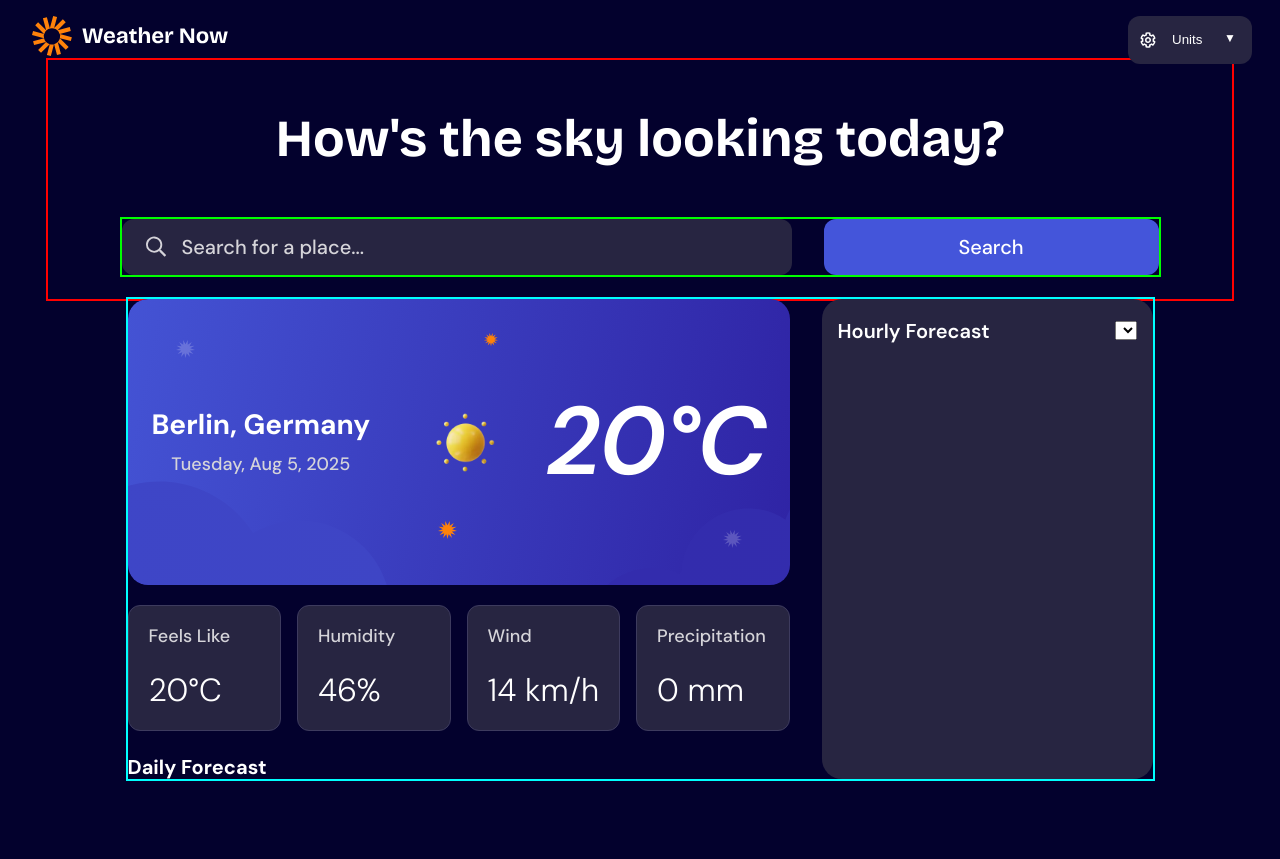
Repository: MKwaak/weather-app-main
Page: index.html
The author's editor kept a copy of each file at every save. The page is drawn from the files as they stood at one save, then again after the next save.
The browser window is 1280 px wide. The pictures show the whole page.
The page's requests for data from a server got no answer.

Above is the page before, as saved 2026-01-27 01:10:17.

### index.html
<!doctype html>
<html lang="en">
  <head>
    <meta charset="UTF-8" />
    <meta name="viewport" content="width=device-width, initial-scale=1.0" />
    <!-- displays site properly based on user's device -->

    <link
      rel="icon"
      type="image/png"
      sizes="32x32"
      href="/assets/images/favicon-32x32.png"
    />

    <title>Frontend Mentor | Weather app</title>
    <link rel="stylesheet" href="/style.css" />
    <script src="/script.js" defer></script>

    <!-- Feel free to remove these styles or customise in your own stylesheet 👍 -->
    <style>
      .attribution {
        font-size: 11px;
        text-align: center;
      }
      .attribution a {
        color: hsl(228, 45%, 44%);
      }
    </style>
  </head>
  <body>
    <a href="#main" class="skip-link visually-hidden">skip to main content</a>

    <header class="header wrapper">
      <div class="header__content">
        <a class="header__homelink" href="/">
          <img
            class="header__logo"
            src="/assets/images/logo.svg"
            alt="Weather Now Home"
            width="197"
            height="40"
          />
        </a>

        <div class="header__units">
          <label for="ddlUnits" class="visually-hidden"
            >Temperature units</label
          >

          <div class="header__select">
            <select class="header__dropdown" name="units" id="ddlUnits">
              <option value="">Units</option>
              <option value="C">Celsius</option>
              <option value="F">Fahrenheit</option>
            </select>
          </div>
        </div>
      </div>
    </header>

    <main id="main" class="main wrapper">
      <section class="hero">
        <div class="hero__content">
          <h1 class="hero__title">How's the sky looking today?</h1>

          <form class="hero__search">
            <label for="search" class="visually-hidden">Search Location</label>
            <input
              type="text"
              id="search"
              class="hero__textbox"
              placeholder="Search for a place..."
            />
            <button class="hero__button" type="submit">Search</button>
          </form>
        </div>
      </section>

      <div class="dashboard">
        <section class="current">
          <h2 class="visually-hidden">Current Location Temperature</h2>

          <div class="current__content">
            <div class="current__weather">
              <div class="current__location">
                <div id="divCityCountry" class="current__city">
                  Berlin, Germany
                </div>
                <div id="divCurrentDate" class="current__date">
                  Tuesday, Aug 5, 2025
                </div>
              </div>

              <div class="current__info">
                <img
                  class="current__icon"
                  src="/assets/images/icon-sunny.webp"
                  alt=""
                  width="320"
                  height="320"
                />
                <div id="divCurrentTemp" class="current__temp">
                  <span>20</span>°C
                </div>
              </div>
            </div>

            <div class="current__conditions">
              <div class="block current__condition">
                <p class="current__condition-title">Feels Like</p>
                <p id="feels-like" class="current__condition-value">20°C</p>
              </div>

              <div class="block current__condition">
                <p class="current__condition-title">Humidity</p>
                <p id="humidity" class="current__condition-value">46%</p>
              </div>

              <div class="block current__condition">
                <p class="current__condition-title">Wind</p>
                <p id="wind" class="current__condition-value">14 km/h</p>
              </div>

              <div class="block current__condition">
                <p class="current__condition-title">Precipitation</p>
                <p id="precipitation" class="current__condition-value">0 mm</p>
              </div>
            </div>
          </div>
        </section>

        <section class="daily">
          <h2 class="section__title daily__title">Daily Forecast</h2>
          <div class="daily__forecast" id="dailyForecast"></div>
        </section>

        <section class="hourly">
          <div class="hourly__content">
            <div class="hourly__header">
              <h2 class="section__title hourly__title">Hourly Forecast</h2>
              <label for="hourlyDay" class="visually-hidden">Select day</label>
              <select
                name="hourly-day"
                id="hourlyDay"
                class="hourly__timeframe-select"
              >
                <!-- JS will inject current day -->
              </select>
            </div>

            <div class="hourly__hours" id="hourlyForecast">
              <!-- JS will inject hourly blocks here -->
            </div>
          </div>
        </section>
      </div>
    </main>
  </body>
</html>

### style.css
@layer global {
  /* dm-sans-300 - latin */
  @font-face {
    font-display: swap; /* Check https://developer.mozilla.org/en-US/docs/Web/CSS/@font-face/font-display for other options. */
    font-family: "DM Sans";
    font-style: normal;
    font-weight: 300;
    src: url("/assets/fonts/dm-sans-v17-latin-300.woff2") format("woff2"); /* Fixed path */
  }
  /* dm-sans-500 - latin */
  @font-face {
    font-display: swap; /* Check https://developer.mozilla.org/en-US/docs/Web/CSS/@font-face/font-display for other options. */
    font-family: "DM Sans";
    font-style: normal;
    font-weight: 500;
    src: url("/assets/fonts/dm-sans-v17-latin-500.woff2") format("woff2"); /* Fixed path */
  }
  /* dm-sans-600 - latin */
  @font-face {
    font-display: swap; /* Check https://developer.mozilla.org/en-US/docs/Web/CSS/@font-face/font-display for other options. */
    font-family: "DM Sans";
    font-style: normal;
    font-weight: 600;
    src: url("/assets/fonts/dm-sans-v17-latin-600.woff2") format("woff2"); /* Fixed path */
  }
  /* dm-sans-600italic - latin */
  @font-face {
    font-display: swap; /* Check https://developer.mozilla.org/en-US/docs/Web/CSS/@font-face/font-display for other options. */
    font-family: "DM Sans";
    font-style: italic;
    font-weight: 600;
    src: url("/assets/fonts/dm-sans-v17-latin-600italic.woff2") format("woff2"); /* Fixed path */
  }
  /* dm-sans-700 - latin */
  @font-face {
    font-display: swap; /* Check https://developer.mozilla.org/en-US/docs/Web/CSS/@font-face/font-display for other options. */
    font-family: "DM Sans";
    font-style: normal;
    font-weight: 700;
    src: url("/assets/fonts/dm-sans-v17-latin-700.woff2") format("woff2"); /* Fixed path */
  }

  /* bricolage-grotesque-regular - latin */
  @font-face {
    font-display: swap; /* Check https://developer.mozilla.org/en-US/docs/Web/CSS/@font-face/font-display for other options. */
    font-family: "Bricolage Grotesque";
    font-style: normal;
    font-weight: 400;
    src: url("/assets/fonts/bricolage-grotesque-v9-latin-regular.woff2")
      format("woff2"); /* Fixed path */
  }
  /* bricolage-grotesque-700 - latin */
  @font-face {
    font-display: swap; /* Check https://developer.mozilla.org/en-US/docs/Web/CSS/@font-face/font-display for other options. */
    font-family: "Bricolage Grotesque";
    font-style: normal;
    font-weight: 700;
    src: url("/assets/fonts/bricolage-grotesque-v9-latin-700.woff2")
      format("woff2"); /* Fixed path */
  }

  :root {
    --c-neutral-900: hsl(243, 96%, 9%);
    --c-neutral-800: hsl(243, 27%, 20%);
    --c-neutral-700: hsl(243, 23%, 24%);
    --c-neutral-600: hsl(243, 23%, 30%);
    --c-neutral-300: hsl(240, 6%, 70%);
    --c-neutral-200: hsl(250, 6%, 84%);
    --c-neutral-0: hsl(0, 0%, 100%);
    --c-orange-500: hsl(28, 100%, 52%);
    --c-blue-500: hsl(233, 67%, 56%);
    --c-blue-700: hsl(248, 70%, 36%);

    --color-main-bg: var(--c-neutral-900);
    --color-panel-bg-dark: var(--c-neutral-800);
    --color-panel-bg-dark-hover: var(--c-neutral-700);
    --color-panel-bg-medium: var(--c-neutral-700);
    --color-panel-bg-light: var(--c-neutral-600);
    --color-panel-border: var(--c-neutral-600);
    --color-text-light: var(--c-neutral-0);
    --color-text-med-light: var(--c-neutral-200);
    --color-button-bg: var(--c-blue-500);
    --color-button-bg-hover: var(--c-blue-700);

    --fs-96: calc(96 / 16 * 1rem);
    --fs-52: calc(52 / 16 * 1rem);
    --fs-32: calc(32 / 16 * 1rem);
    --fs-28: calc(28 / 16 * 1rem);
    --fs-20: calc(20 / 16 * 1rem);
    --fs-18: calc(18 / 16 * 1rem);
    --fs-16: calc(16 / 16 * 1rem);
    --fs-14: calc(14 / 16 * 1rem);

    --font-size-h1: var(--fs-52);
    --font-size-dropdown: var(--fs-14);
    --font-size-search: var(--fs-20);
    --font-size-city: var(--fs-28);
    --font-size-date: var(--fs-18);
    --font-size-temp: var(--fs-96);
    --font-size-panel-title: var(--fs-18);
    --font-size-panel-value: var(--fs-32);
    --font-size-forecast-title: var(--fs-20);
    --font-size-forecast-day: var(--fs-18);
    --font-size-forecast-temp: var(--fs-16);
    --font-size-forecast-dropdown: var(--fs-16);
    --font-size-forecast-hour: var(--fs-20);

    @media (width >= calc(700 / 16 * 1rem)) {
      --font-size-dropdown: var(--fs-16);
    }

    --color-white: hsl(0, 0%, 100%);
    --color-light-blue: hsl(223, 64%, 98%);
    --color-light-grayish-blue: hsl(223, 23%, 93%);
    --color-dark-grayish-blue: hsl(219, 14%, 63%);
    --color-very-dark-blue: hsl(218, 23%, 16%);
    --font-family-primary: "DM Sans", sans-serif; /* Removed duplicate */
    --font-family-secondary:
      "Bricolage Grotesque", sans-serif; /* Removed duplicate */
  }

  *,
  *::before,
  *::after {
    box-sizing: border-box;
  }
  * {
    margin: 0;
  }

  img {
    max-width: 100%;
  }

  body {
    font-family: "DM Sans", Arial, Helvetica, sans-serif;
    font-weight: 500;
    background-color: var(--color-main-bg);
    color: var(--color-text-light);
    line-height: 1.2;
    padding-block-end: 80px;
  }

  h1 {
    font-family: "Bricolage Grotesque", Arial, Helvetica, sans-serif;
  }

  input,
  button,
  textarea {
    font: inherit;
    width: 100%;
    border: none;
  }

  .wrapper {
    display: grid;
    grid-template-columns: 1fr calc(100% - 32px) 1fr;

    @media (width >= calc(700 / 16 * 1rem)) {
      grid-template-columns:
        1fr min(calc(100% - 48px), calc(1216 / 16 * 1rem))
        1fr; /* Fixed placeholder */
    }

    > * {
      grid-column: 2;
    }
  } /* Added missing closing brace for @layer global */

  .visually-hidden {
    position: absolute;
    left: -10000px;
    top: auto;
    width: 1px;
    height: 1px;
    overflow: hidden;
  }

  .main {
    width: 100%;
    max-width: 1280px; /* pick a number and stick to it */
    margin-inline: auto;
    padding-inline: 24px;
  }

  .dashboard {
    display: grid;
    gap: 32px;
    grid-template-areas:
      "current"
      "daily"
      "hourly";
    @media (width >= calc(1000 / 16 * 1rem )) {
      gap: 48px 32px;
      grid-template-columns: 2fr 1fr;
      grid-template-areas:
        "current current hourly"
        "daily daily hourly";
    }
  }

  .block {
    background-color: var(--color-panel-bg-dark);
    border: 1px solid var(--color-panel-border);
    border-radius: 12px;
  }

  .visually-hidden {
    position: absolute !important;
    width: 1px;
    height: 1px;
    padding: 0;
    margin: -1px;
    overflow: hidden;
    clip: rect(0, 0, 0, 0);
    clip-path: inset(50%);
    white-space: nowrap;
    border: 0;
  }

  .skip-link:focus {
    position: absolute;
    left: 16px;
    right: 16px;
    width: auto;
    height: auto;
    margin: 0;
    clip-path: none;
    white-space: normal;
    background-color: var(--color-main-bg);
    color: var(--color-text-light);
    padding: 10px 14px;
    z-index: 1000;
  }
}

@layer component {
  .header {
    .header__content {
      display: flex;
      align-items: center;
      justify-content: space-between;
      padding-block-start: 16px;
    }

    .header__homelink {
    }
    .header__logo {
      width: calc(137 / 16 * 1rem);

      @media screen and (width >= calc(700 / 16 * 1rem)) {
        width: calc(197 / 16 * 1rem);
      }
    }

    .header__select {
      position: relative;
      width: 120px;
      height: 44px;
      overflow: visible; /* important for debugging */
    }

    .header__select::after {
      content: "▼";
      position: absolute;
      right: 12px;
      top: 50%;
      transform: translateY(-50%);
      font-size: 12px;
      color: white;
      pointer-events: none;
    }

    .header__dropdown {
      /*background-image: url("/assets/images/icon-units.svg"); This line is in HTML */
      appearance: none;
      -webkit-appearance: none;
      -moz-appearance: none;

      height: 48px;
      padding: 0 1rem 0 2.75rem;
      line-height: 48px;

      background-color: var(--color-panel-bg-dark);
      background-image: url("/assets/images/icon-units.svg");
      background-repeat: no-repeat;
      background-position: 0.75rem center;
      background-size: 16px;

      color: var(--color-text-light);
      border: none;
      border-radius: 12px;
      cursor: pointer;
    }
  }

  .hero {
    .hero__content {
      display: grid;
      justify-items: stretch; /* Dwingt kinderen om breedte te pakken */
      padding-block-start: 48px;
      width: 100%;
    }

    .hero__title {
      font-size: var(--font-size-h1);
      margin-block-end: 48px;
      text-align: center;
      line-height: 1.2;

      @media (width < calc(1000 / 16 * 1rem)) {
        max-width: 15ch;
      }
    }

    /* Hero search container */
    .hero__search {
      display: grid;
      grid-template-columns: 1fr;
      gap: 16px;

      /* MATCH DE DASHBOARD-LOGICA: */
      width: 100%;
      max-width: 1037px; /* Zorg dat dit exact gelijk is aan de max-width van je dashboard */
      margin-inline: auto; /* Dit centreert de balk, net zoals bij het dashboard */
      margin-block-end: 24px;

      @media (min-width: calc(1000 / 16 * 1rem)) {
        /* Gebruik exact dezelfde kolommen en gap als in je dashboard */
        grid-template-columns: 2fr 1fr;
        gap: 32px;
        align-items: center;
      }
    }

    /* Input box */
    .hero__textbox {
      appearance: none;
      -webkit-appearance: none;

      background-color: var(--color-panel-bg-dark);
      background-image: url("/assets/images/icon-search.svg");
      background-repeat: no-repeat;
      background-position: 24px center;
      color: var(--color-text-light);
      font-size: var(--font-size-search);
      padding: 16px 20px 16px 60px;
      border: none;
      border-radius: 12px;
      width: 100%; /* fill available space in grid */
      min-width: 0; /* allow shrinking in grid */
      box-sizing: border-box; /* include padding in width */
    }

    /* remove default focus outline */
    .hero__textbox:focus {
      outline: none;
    }

    /* accessible keyboard focus */
    .hero__textbox:focus-visible {
      box-shadow: 0 0 0 2px var(--color-panel-border);
    }

    /* placeholder text */
    .hero__textbox::placeholder {
      color: var(--color-text-med-light);
    }

    /* hover */
    .hero__textbox:hover {
      background-color: var(--color-panel-bg-dark-hover);
    }

    .hero__textbox:-webkit-autofill {
      -webkit-box-shadow: 0 0 0 1000px var(--color-panel-bg-dark) inset;
      -webkit-text-fill-color: var(--color-text-light);
    }

    /* Search button */
    .hero__button {
      background-color: var(--c-blue-500);
      border-radius: 12px;
      font-size: var(--font-size-search);
      color: var(--color-text-light);
      padding: 16px 24px; /* keep top/bottom padding */
      transition: background-color 120ms ease-in-out;
      height: 100%; /* match input height when side-by-side */
    }

    .hero__button:hover {
      /* Fixed nested selector */
      background-color: var(--color-button-bg-hover);
      cursor: pointer;
    }
  }

  .current {
    grid-area: current;

    .current__weather {
      display: flex;
      flex-direction: column;
      gap: 16px;
      margin-block-end: 20px;
      padding: 40px 24px;
      background-image: url(/assets/images/bg-today-small.svg);
      background-repeat: no-repeat;
      background-color: var(--c-blue-700);
      background-size: cover;
      background-position: center-bottom;
      border-radius: 20px;
      overflow: hidden;

      @media (width >= calc(700 / 16 * 1rem)) {
        flex-direction: row;
        justify-content: space-between;
        align-items: center;
        background-image: url(/assets/images/bg-today-large.svg);
        padding-block: 83px;
      }
    }

    .current__location {
      text-align: center;
    }

    .current__city {
      font-size: var(--font-size-city);
      font-weight: 700;
      margin-block-end: 12px;
    }

    .current__date {
      font-size: var(--font-size-date);
      color: var(--color-text-med-light);
    }

    .current__info {
      display: flex;
      align-items: center;
      gap: 20px;
    }

    .current__icon {
      width: 120px;
      height: auto;
    }

    .current__temp {
      font-size: var(--font-size-temp);
      line-height: 1;
      letter-spacing: -0.02em;
      font-weight: 600;
      font-style: italic;
    }

    .current__conditions {
      display: grid;
      grid-template-columns: repeat(2, 1fr);
      gap: 16px;

      @media (width >= calc(700 / 16 * 1rem)) {
        grid-template-columns: repeat(4, 1fr);
      }

      .current__condition {
        padding: 20px;
      }

      .current__condition-title {
        font-size: var(--font-size-panel-title);
        color: var(--color-text-med-light);
        margin-block-end: 24px;
      }

      .current__condition-value {
        font-size: var(--font-size-panel-value);
        font-weight: 300;
      }
    }
  }

  .daily {
    grid-area: daily;
  }

  .daily__title {
    font-size: var(--font-size-forecast-title);
  }

  .daily__forecast {
    display: grid;
    grid-template-columns: repeat(3, 1fr);
    gap: 16px;

    @media (width >= calc(700 / 16 * 1rem)) {
      grid-template-columns: repeat(7, 1fr);
    }
  }

  .daily__day {
    display: grid;
    justify-items: center;
    gap: 16px;
    padding: 16px 10px;
    text-align: center;
  }

  .daily__day-title {
    font-size: var(--font-size-forecast-day);
  }

  .daily__day-icon {
    width: 60px;
    height: auto;
  }

  .daily__day-temps {
    display: flex;
    justify-content: space-between;
    font-size: var(--font-size-forecast-temp);
    justify-self: stretch;
    /*width: 100%;*/
  }

  .daily__day-high {
  }

  .daily__day-low {
    color: var(--color-text-med-light);
  }
}

.hourly {
  grid-area: hourly;
  display: flex;
  flex-direction: column;
  height: 100%; /* 👈 allow full grid height */
  background-color: var(--color-panel-bg-dark);
  border-radius: 20px;
  padding: 20px 16px;
}

.hourly__header {
  display: flex;
  justify-content: space-between;
  align-items: center;
  margin-block-end: 16px;
}

.hourly__title {
  font-size: var(--font-size-forecast-title);
  font-weight: 600;
}

.hourly__select {
}

.hourly__select-day {
}

/* Hourly container */
.hourly__hours {
  flex: 1; /* fill remaining height of .hourly */
  display: flex;
  flex-direction: column; /* stack vertically */
  gap: 12px; /* spacing between hour blocks */
  overflow-y: auto; /* scroll if too many hours */
  padding-right: 4px; /* optional for scrollbar spacing */
}

/* Hourly blocks */
.hourly__hour {
  display: grid;
  grid-template-columns: auto 1fr auto; /* icon | time | temp */
  align-items: center;
  padding: 12px 16px; /* slightly bigger padding for height */
  background-color: var(--color-panel-bg-medium);
  border: 1px solid var(--color-panel-border);
  border-radius: 8px;

  flex: 1 1 0; /* 👈 make each hour block grow equally */
  min-height: 60px; /* optional, keeps them readable */
}

.hourly__hour-icon {
  width: 32px;
  height: 32px;
}

.hourly__hour-time {
  text-align: left;
}

.hourly__hour-temp {
  text-align: right;
}

/* Highlight current hour */
.hourly__hour.current {
  border: 2px solid var(--color-accent);
  background-color: var(--color-panel-bg-light);
}

/* Dashboard wrapper */
.dashboard {
  display: grid;
  row-gap: 24px; /* vertical spacing between panels */
  column-gap: 32px; /* horizontal spacing between columns */
  max-width: 1200px; /* ✅ keeps dashboard centered and not full-width */
  margin: 0 auto; /* center horizontally */
  grid-template-areas:
    "current"
    "daily"
    "hourly";
}

@media (width >= calc(1000 / 16 * 1rem)) {
  .dashboard {
    grid-template-columns: 2fr 1fr; /* left = daily/current, right = hourly */
    grid-template-areas:
      "current hourly"
      "daily   hourly";
  }
}

.hero__content {
  outline: 2px solid red !important;
}
.hero__search {
  outline: 2px solid lime !important;
}
.dashboard {
  outline: 2px solid cyan !important;
}

Loaded but not shown: script.js (391 lines, source omitted)

After the next save:
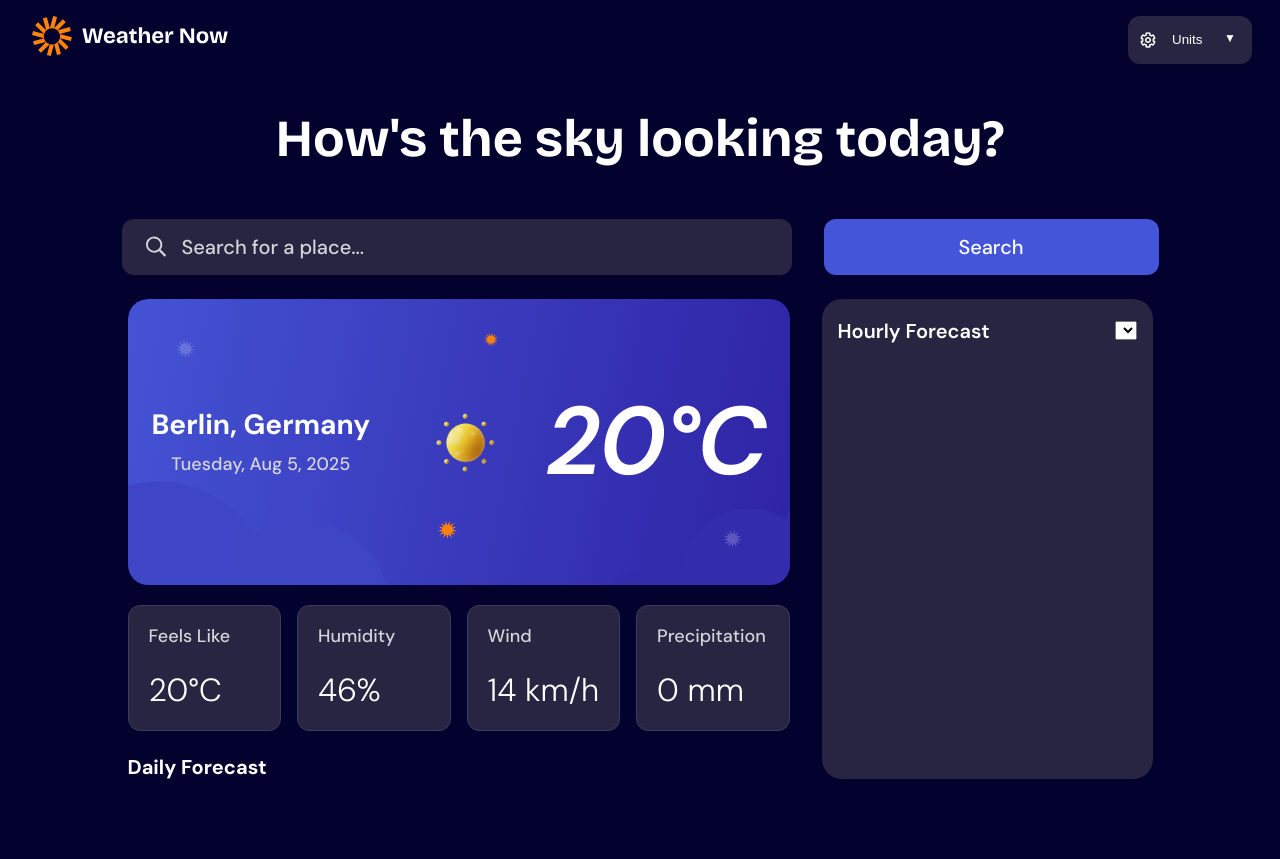
Saved 7 h 28 min later.
--- a/style.css
+++ b/style.css
@@ -625,7 +625,7 @@
       "daily   hourly";
   }
 }
-
+/* Debug outlines - remove these later
 .hero__content {
   outline: 2px solid red !important;
 }
@@ -635,3 +635,4 @@
 .dashboard {
   outline: 2px solid cyan !important;
 }
+  */
